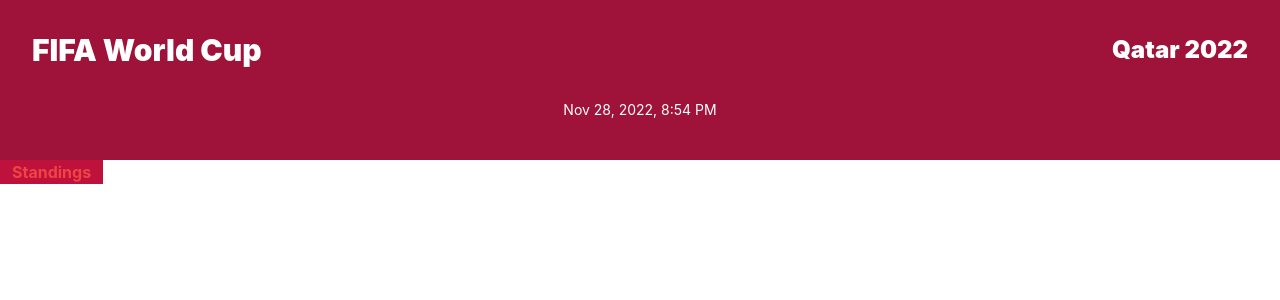
Repository: SaadYasin/nextjs-13-fifa2022
Page: /
The author's editor kept a copy of each file at every save. The page is drawn from the files as they stood at one save, then again after a run of saves.
The browser window is 1280 px wide. The pictures show the whole page.
The project was rebuilt for these pictures with package versions that can differ from the ones it lists, and the page was loaded fresh each time. The framework's server and built-in components were replaced by stand-ins that run in the browser. Also part of the build but not shown: next.config.js.

Above is the page before, as saved 2022-11-28 21:25:05.

After the next 3 saves:
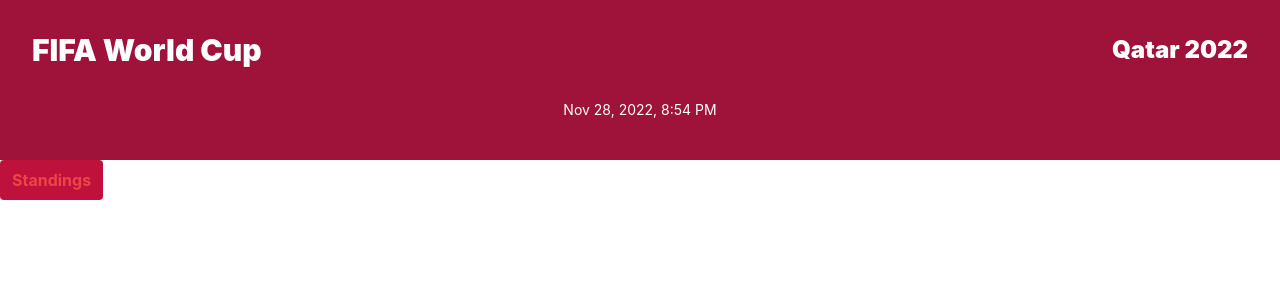
The 3 saves are shown as one change because they came seconds apart.
The last was saved 10 s later.
--- a/app/page.jsx
+++ b/app/page.jsx
@@ -5,7 +5,7 @@
   return (
     <div className='text-red-500 font-bold'>
       <Link href="/">
-        <button className='bg-rose-700 hover:bg-red-600 px-3 '>Standings</button>
+        <button className='bg-rose-700 hover:bg-red-600 px-3 py-2 rounded'>Standings</button>
       </Link>
     </div>
   )
